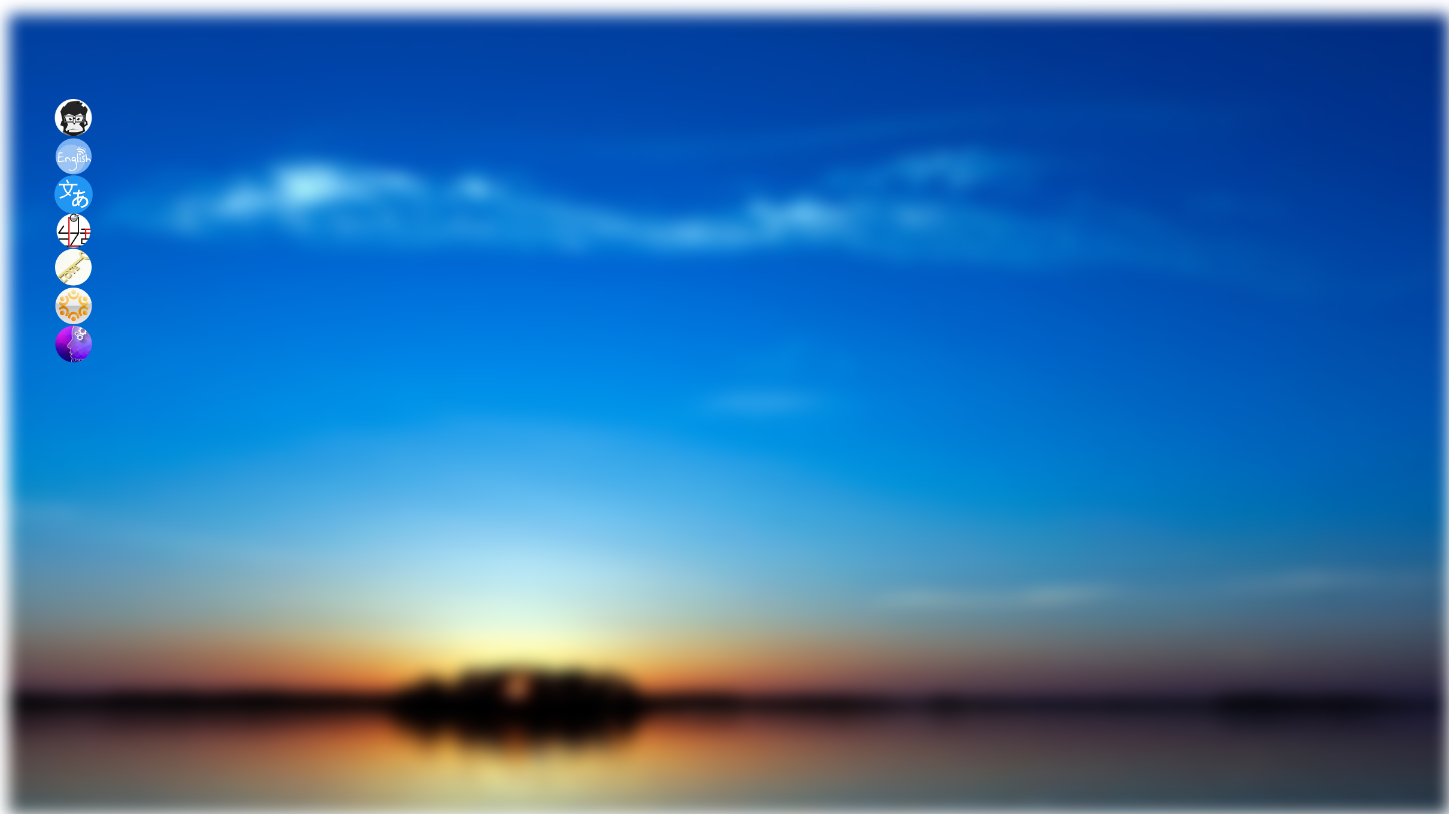
Repository: lidasi/monkeyLife
Page: http://localhost/monkeyLife/jsp/menubar.jsp
These files come from the project's save history. The page is drawn as it stood at one moment and after the next save; the edit follows.
The browser window is 1280 px wide. The page is 1811 px wide, so the pictures cover 1811 px, including what lies to the right of the window. The pictures show the whole page, at 80% of full size.
The page is served by Tomcat 9.

Above is the page before, as saved 2017-07-13 09:13:10.

### workSpeaces/monkeyLife/WebContent/jsp/menubar.jsp
<%@ page language="java" contentType="text/html; charset=UTF-8"
    pageEncoding="UTF-8"%>
<!DOCTYPE html PUBLIC "-//W3C//DTD HTML 4.01 Transitional//EN" "http://www.w3.org/TR/html4/loose.dtd">
<html>
<head>
<meta http-equiv="Content-Type" content="text/html; charset=UTF-8">
<link rel="stylesheet" type="text/css" media="screen" href="../css/menu.css">
    <script type="text/javascript" src="../js/jquery.min.js"></script>
    <script type="text/javascript" src="../js/fisheye-iutil.min.js"></script>
    <script type="text/javascript" src="../js/jquery.jqDock.min.js"></script>
    <script type="text/javascript">
        $(function(){
        	 var height = 1000;
             var width = 1800;
             $("#menuImage").height(height).width(width);

            var jqDockOpts = {align: 'left', duration: 200, labels: 'tc', size: 48, distance: 85};
            $('#jqDock').jqDock(jqDockOpts);
        });
    </script>
</head>
<body>
	<div id="menuRelative">
		<div id="menuImage">
		</div>
		<div id="headPortrait"></div>
		<div id="dockContainer">
		    <ul id="jqDock">
		        <li><a class="img-circle" href="#"><img src="../image/dock/monkey.png"   alt="Home" title="猿生活&nbsp;" /></a></li>
		        <li><a class="img-circle" href="#"><img src="../image/dock/English.png"  alt="Contact" title="EnglishStudy&nbsp;" /></a></li>
		        <li><a class="img-circle" href="#"><img src="../image/dock/Japanese.png"  alt="portfolio" title="日本語の勉強&nbsp;" /></a></li>
		        <li><a class="img-circle" href="#"><img src="../image/dock/Life.png"  alt="music" title="日常生活&nbsp;Examples" /></a></li>
		        <li><a class="img-circle" href="#"><img src="../image/dock/Feeling.png"  alt="video" width="128" title="感情写照" /></a></li>
		        <li><a class="img-circle" href="#"><img src="../image/dock/Contacts.png"  alt="history" width="128" title="脉络抒写" /></a></li>
		        <li><a class="img-circle" href="#"><img src="../image/dock/Memory.png"  alt="calendar" width="128" title="记忆珍藏" /></a></li>
		    </ul>
		</div><!-- end div #dockContainer -->
	</div>

</body>
</html>

### workSpeaces/monkeyLife/WebContent/css/menu.css
@CHARSET "UTF-8";
#menuRelative{position:relative;
	width:200px;
	height:100%}
#menuImage{
	position:absolute;
	left:3px;
	top:10px;
/*    border: 1px solid #CCCCCC;
    padding:90px 5px 10px;*/
    background: url("../image/dock/backgroundImage.jpg") no-repeat;
    background-size: cover;
    -webkit-filter: blur(10px);
    -ms-filter: blur(10px);
    filter: progid:DXImageTransform.Microsoft.Blur(PixelRadius=10, MakeShadow=false);
    animation:mymove 5s infinite;
    -webkit-animation:mymove 5s infinite;
}
 @keyframes mymove
{
    0%   {top:10px; background:url("../image/dock/backgroundImage.jpg"); position:absolute;}
    50% {top:10px; background:url("../image/dock/background_001.jpg"); position:absolute;}
    100% {top:10px; background:url("../image/dock/backgroundImage.jpg"); position:absolute;}
}

@-webkit-keyframes mymove
{
    0%   {top:0px; background:url("../image/dock/backgroundImage.jpg" position:absolute;);
    }
    50%   {top:0px; background:url("../image/dock/background_001.jpg" position:absolute;);
    }
    100% {top:0px; background:url("../image/dock/backgroundImage.jpg" position:absolute;);
    }
}

#dockContainer {
	position: absolute;
	top: 60px;
	left: 20px; }
#iframeDiv {
	position: fixed;
	top: 60px;
	left: 20px; }
#jqDock {
	position: relative;
	bottom: 48px; }
#jqDock li {
	list-style: none;
	margin-bottom: 0px }
.jqDockLabel {
	background: #333;
	color: #fff;
	padding: 3px 10px;
	-webkit-border-radius: 10px;
	-moz-border-radius: 10px;
}
#headPortrait {
	position: absolute;
	background: url("../image/dock/headPortrait.jpg") no-repeat;
	border-radius:50%;
	margin:10px auto;
}

Loaded but not shown: workSpeaces/monkeyLife/WebContent/js/jquery.min.js (library); workSpeaces/monkeyLife/WebContent/js/fisheye-iutil.min.js (library); workSpeaces/monkeyLife/WebContent/js/jquery.jqDock.min.js (library)

After the next save:
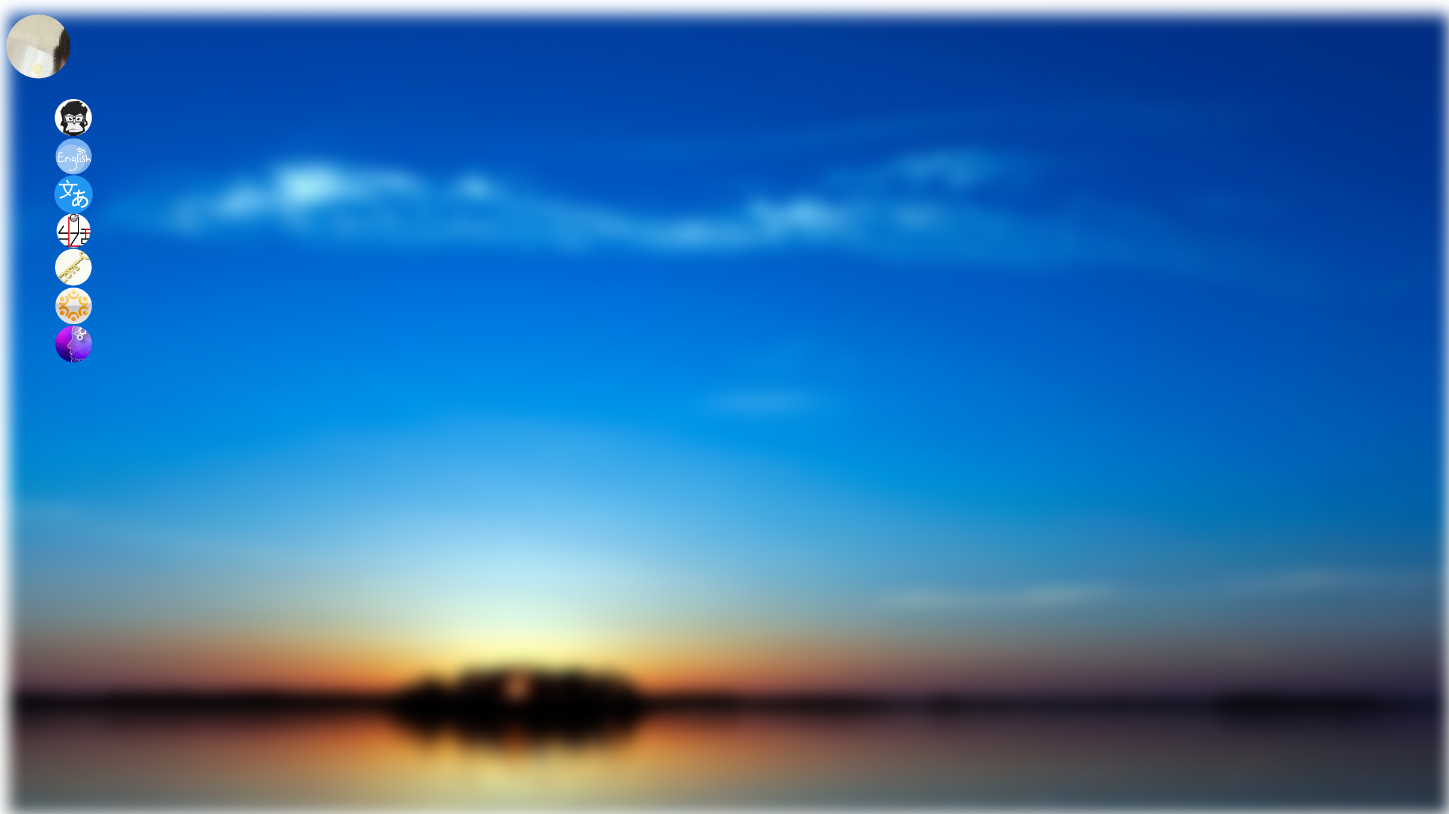
Saved 62 s later.
--- a/workSpeaces/monkeyLife/WebContent/css/menu.css
+++ b/workSpeaces/monkeyLife/WebContent/css/menu.css
@@ -32,7 +32,14 @@
     100% {top:0px; background:url("../image/dock/backgroundImage.jpg" position:absolute;);
     }
 }
-
+#headPortrait {
+	width: 80px;
+	height: 80px;
+	position: absolute;
+	background: url("../image/dock/headPortrait.jpg") no-repeat;
+	border-radius:50%;
+	margin:10px auto;
+}
 #dockContainer {
 	position: absolute;
 	top: 60px;
@@ -54,9 +61,3 @@
 	-webkit-border-radius: 10px;
 	-moz-border-radius: 10px;
 }
-#headPortrait {
-	position: absolute;
-	background: url("../image/dock/headPortrait.jpg") no-repeat;
-	border-radius:50%;
-	margin:10px auto;
-}
